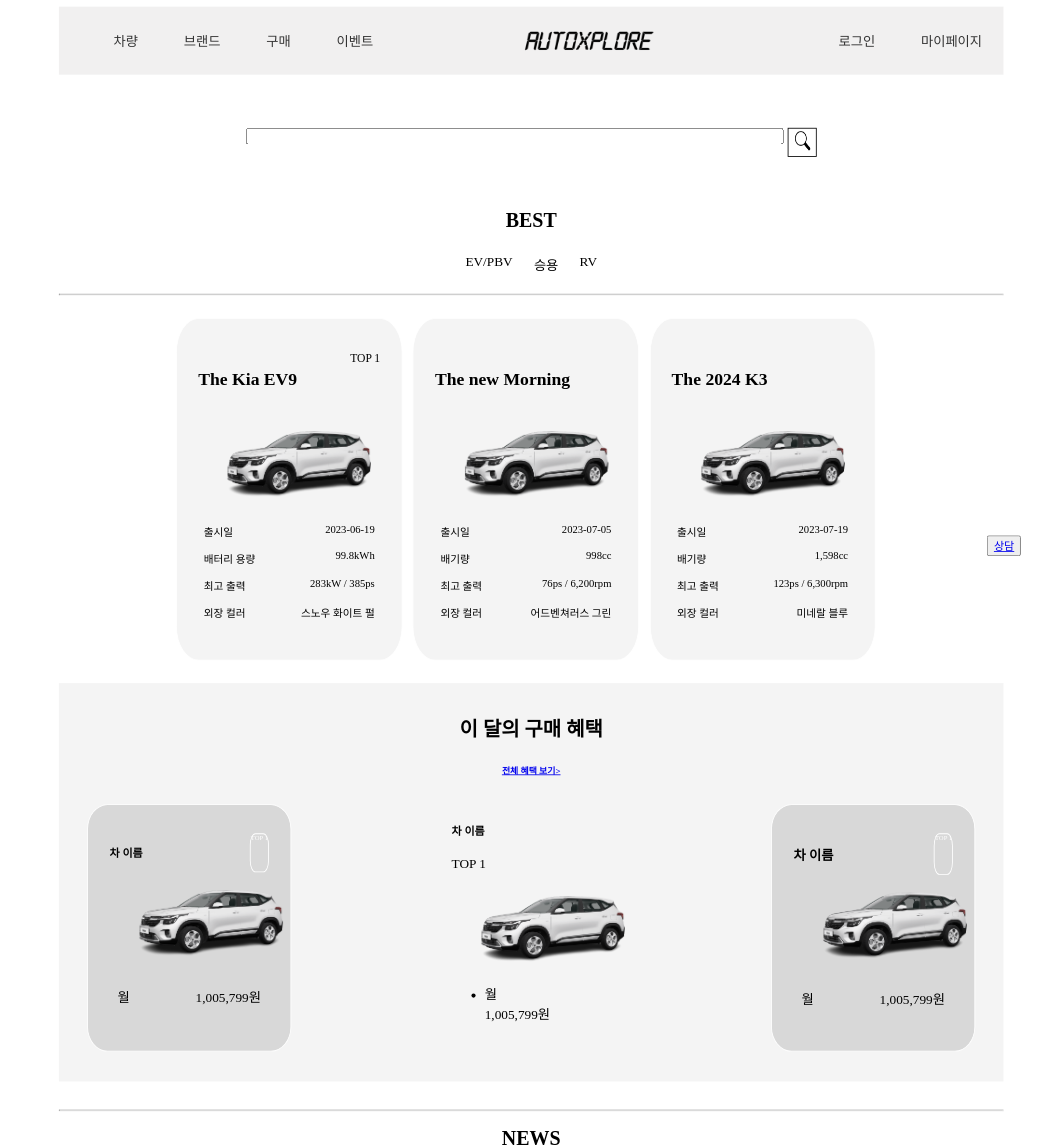
Repository: Autoxplore/Autoxplore
Page: mainPage.html
The author's editor kept a copy of each file at every save. The page is drawn from the files as they stood at one save, then again after the next save.
The browser window is 1280 px wide. The pictures show the part of the page from y = 0 to 1379 px (the page is 2380 px tall before and 2373 px after), at 83% of full size.
A picture or video elsewhere on the page could not be fetched, so the positions and the page height are approximate.

Above is the page before, as saved 2023-08-03 15:25:45.

After the next save:
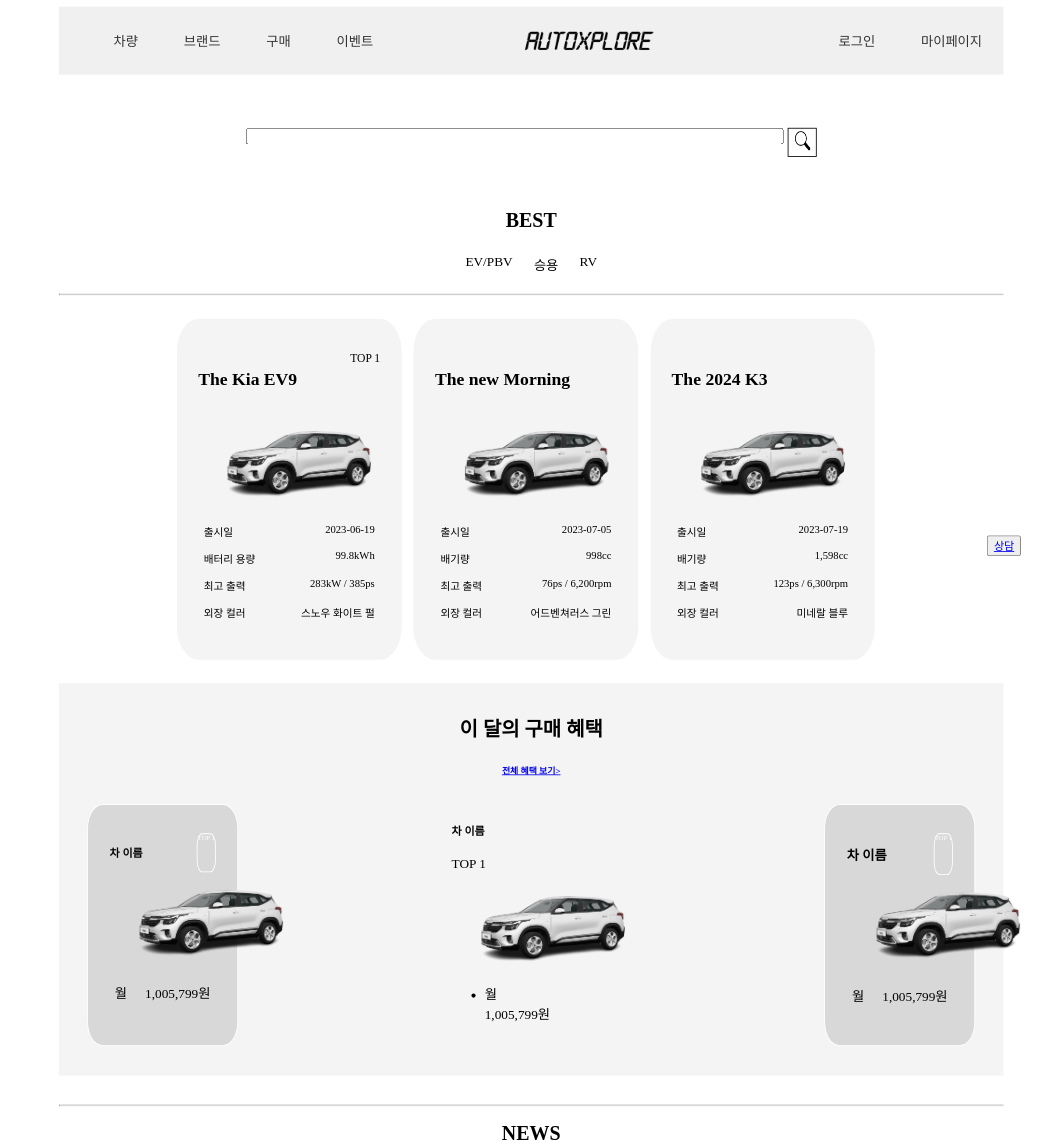
Saved 47 s later.
--- a/harin_css/mainPage.css
+++ b/harin_css/mainPage.css
@@ -207,7 +207,7 @@
     }
 
     .car2{
-        width: 15vw;
+        width: 10vw;
         background-color: rgba(192, 192, 192, 0.523);
         border: 1px solid rgb(255, 255, 255);
         border-radius: 10%;
@@ -215,10 +215,18 @@
         margin-bottom: 5vh;
     }
 
+    .car3{
+
+    }
+
     .cartop2{
         display: flex;
         flex-direction: row;
         justify-content: space-between;
+    }
+
+    .cartop3{
+
     }
 
     .cartop2 p{

After the save that followed:
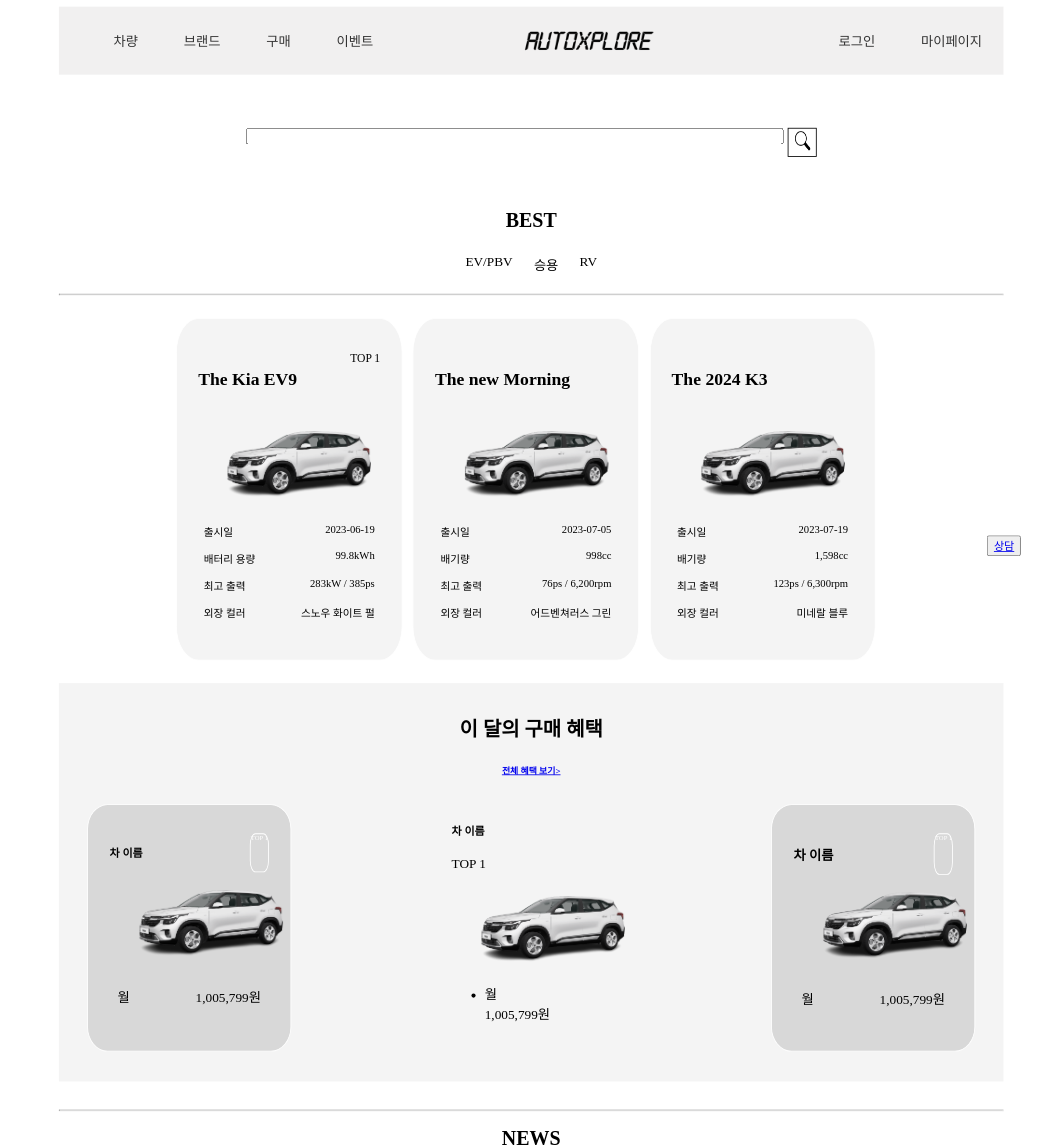
Saved 8 s later.
--- a/harin_css/mainPage.css
+++ b/harin_css/mainPage.css
@@ -207,7 +207,7 @@
     }
 
     .car2{
-        width: 10vw;
+        width: 15vw;
         background-color: rgba(192, 192, 192, 0.523);
         border: 1px solid rgb(255, 255, 255);
         border-radius: 10%;
